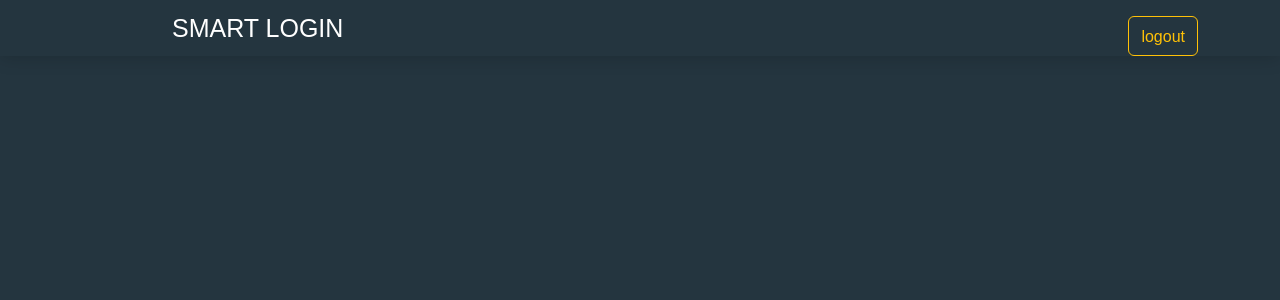
Repository: bodajava/TASK-4
Page: theerdIndex.html
These files come from the project's save history. The page is drawn as it stood at one moment and after the next save; the edit follows.
The browser window is 1280 px wide. The pictures show the whole page.

Above is the page before, as saved 2025-06-18 18:40:18.

### theerdIndex.html
<!DOCTYPE html>
<html lang="en">
  <head>
    <link rel="stylesheet" href="CSS/all.min.css" />
    <link rel="stylesheet" href="CSS/bootstrap.css" />
    <link rel="stylesheet" href="CSS/style.css" />
    <meta charset="UTF-8" />
    <meta name="viewport" content="width=device-width, initial-scale=1.0" />
    <title>Document</title>
  </head>
  <body>
    <div id="container" class="container-fluid">
      <nav
        id="nav"
        class="container navbar navbar-expand-lg bg-body-tertiary pt-0 pb-0"
      >
        <div class="container-fluid">
          <a id="margen" class="navbar-brand" href="#">SMART LOGIN</a>

          <button
            class="navbar-toggler"
            type="button"
            data-bs-toggle="collapse"
            data-bs-target="#navbarSupportedContent"
            aria-controls="navbarSupportedContent"
            aria-expanded="false"
            aria-label="Toggle navigation"
          >
            <span class="navbar-toggler-icon"></span>
          </button>

          <div class="collapse navbar-collapse" id="navbarSupportedContent">
            <ul class="navbar-nav ms-auto mb-2 mb-lg-0">
              <li>
                <a
                  class="pt-2 mt-3 btn btn-outline-warning w-100 d-flex jus"
                  href=""
                  >logout</a
                >
              </li>
            </ul>
          </div>
        </div>
      </nav>
    </div>
    <script src="js/bootstrap.bundle.min.js"></script>
    <script src="js/index.js"></script>
  </body>
</html>

### CSS/style.css
* {
  padding: 0;
  margin: 0;
  box-sizing: border-box;
}

body {
  background-color: #24353f;
  display: flex;
  justify-content: center;
  align-items: center;
  font-family: Arial, sans-serif;
}

#item {
  margin-top: 60px;
  margin-left: 390px;
  margin-right: 390px;
  padding-left: 15px;
  padding-right: 15px;
}

#item2 {
  box-shadow: 0 0 20px rgba(0, 0, 0, 0.2);
  margin-left: 138.75px;
  margin-right: 138.75px;
  padding-left: 60px;
  padding-right: 60px;
  padding-top: 60px;
  padding-bottom: 60px;
}

h1 {
  color: #189bb1;
}

.anchor {
  text-decoration: none;
}

.anchor:hover {
  text-decoration: underline;
}

.paragraph {
  font-size: 20px;
  line-height: 30px;
  font-weight: 400;
  color: white;
}

.paragraph a {
  font-size: 20px;
  line-height: 30px;
  font-weight: 400;
  color: white;
}

.form-control {
  background-color: #24353f;
  border: 1px solid white;
  color: #fff;
  border-radius: 5px;
}

.form-control::placeholder {
  color: #a0a0a0;
}

.form-control:focus {
  background-color: #24353f;
  color: #fff;
  border-color: #189bb1;
  outline: none;
  box-shadow: none;
}

.btnn {
  text-decoration: none;
  color: #189bb1;
}

.btnn:hover {
  color: white;
}

#box {
  box-shadow: 0 0 20px rgba(0, 0, 0, 0.2);
}

#nav {
  background-color: #24353f !important;
}

#container {
  box-shadow: 0 0 20px rgba(0, 0, 0, 0.2);
}

#margen {
  margin-left: 90px;
  font-size: 25px;
  line-height: 38px;
  font-weight: 400;
  color: white;
}

Loaded but not shown: CSS/all.min.css (library); CSS/bootstrap.css (library); js/bootstrap.bundle.min.js (library); js/index.js (no copy from this time; the picture is the same without it)

After the next save:
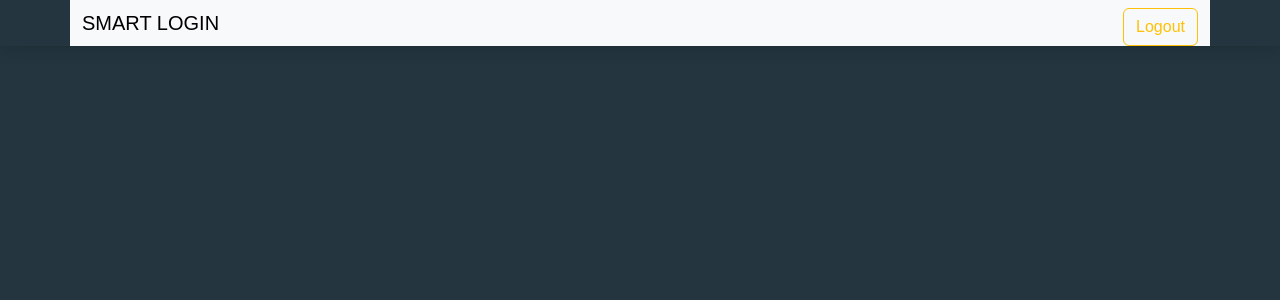
Saved 55 s later.
--- a/theerdIndex.html
+++ b/theerdIndex.html
@@ -10,12 +10,9 @@
   </head>
   <body>
     <div id="container" class="container-fluid">
-      <nav
-        id="nav"
-        class="container navbar navbar-expand-lg bg-body-tertiary pt-0 pb-0"
-      >
+      <nav class="container navbar navbar-expand-lg bg-body-tertiary pt-0 pb-0">
         <div class="container-fluid">
-          <a id="margen" class="navbar-brand" href="#">SMART LOGIN</a>
+          <a class="navbar-brand" href="#">SMART LOGIN</a>
 
           <button
             class="navbar-toggler"
@@ -31,12 +28,8 @@
 
           <div class="collapse navbar-collapse" id="navbarSupportedContent">
             <ul class="navbar-nav ms-auto mb-2 mb-lg-0">
-              <li>
-                <a
-                  class="pt-2 mt-3 btn btn-outline-warning w-100 d-flex jus"
-                  href=""
-                  >logout</a
-                >
+              <li class="nav-item">
+                <a class="btn btn-outline-warning mt-2" href="#">Logout</a>
               </li>
             </ul>
           </div>

After the save that followed:
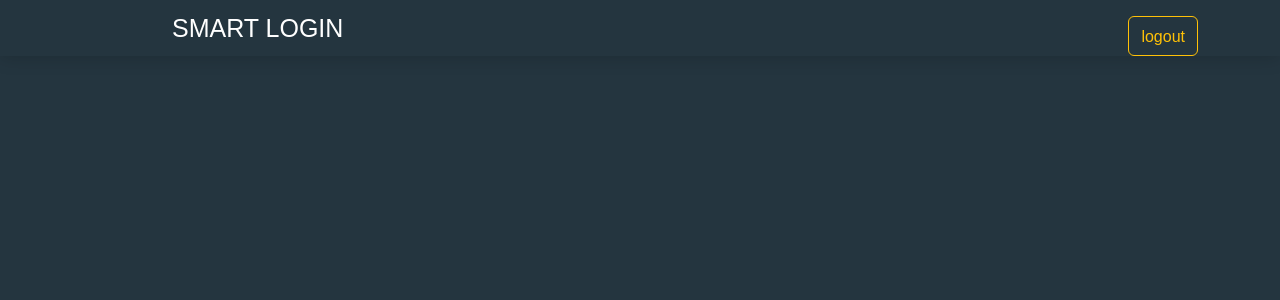
Saved 11 s later.
--- a/theerdIndex.html
+++ b/theerdIndex.html
@@ -10,9 +10,12 @@
   </head>
   <body>
     <div id="container" class="container-fluid">
-      <nav class="container navbar navbar-expand-lg bg-body-tertiary pt-0 pb-0">
+      <nav
+        id="nav"
+        class="container navbar navbar-expand-lg bg-body-tertiary pt-0 pb-0"
+      >
         <div class="container-fluid">
-          <a class="navbar-brand" href="#">SMART LOGIN</a>
+          <a id="margen" class="navbar-brand" href="#">SMART LOGIN</a>
 
           <button
             class="navbar-toggler"
@@ -28,8 +31,12 @@
 
           <div class="collapse navbar-collapse" id="navbarSupportedContent">
             <ul class="navbar-nav ms-auto mb-2 mb-lg-0">
-              <li class="nav-item">
-                <a class="btn btn-outline-warning mt-2" href="#">Logout</a>
+              <li>
+                <a
+                  class="pt-2 mt-3 btn btn-outline-warning w-100 d-flex jus"
+                  href=""
+                  >logout</a
+                >
               </li>
             </ul>
           </div>
